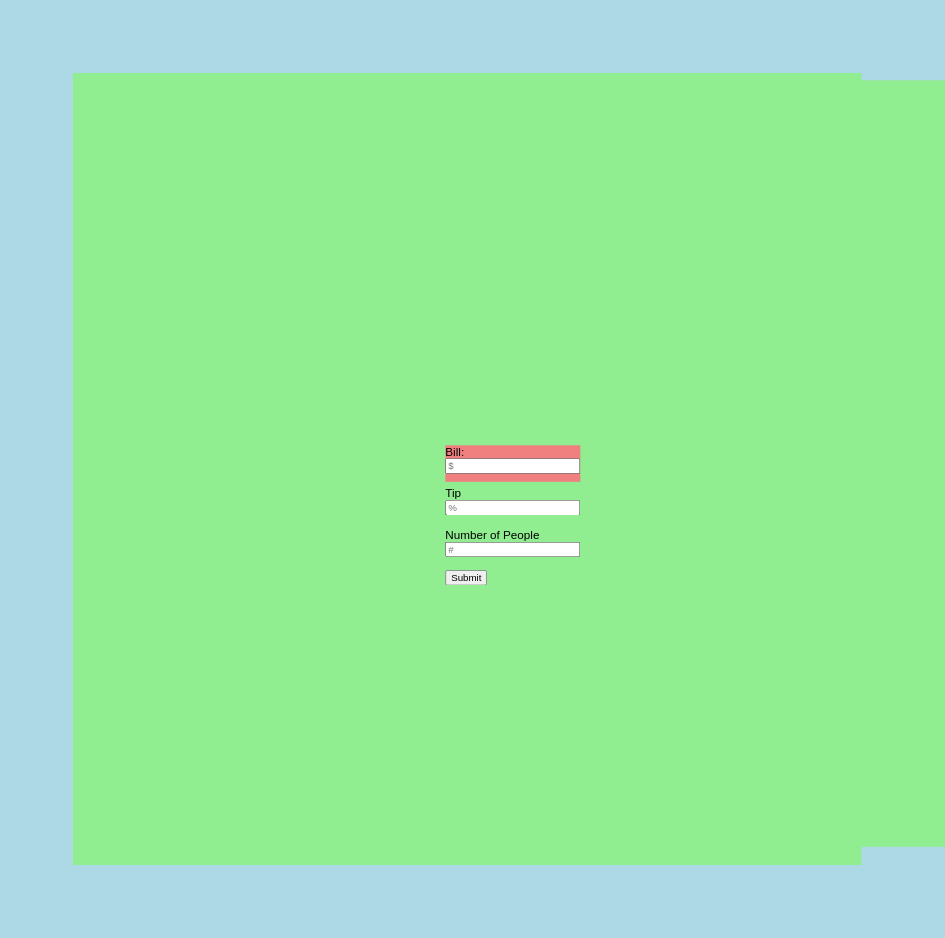
Repository: SamirIngley/Tip-Calculator
Page: tip_display.html
An editor plug-in stored every save of this project. The page is shown before and after the next save, followed by the edit.
The browser window is 1280 px wide. The page is 1295 px wide, so the pictures cover 1295 px, including what lies to the right of the window. The pictures show the whole page, at 73% of full size.

Above is the page before, as saved 2020-02-13 08:03:13.

### tip_display.html
<!DOCTYPE html>
<html lang="en">
<head>
    <meta charset="UTF-8">
    <meta name="viewport" content="width=device-width, initial-scale=1.0">
    <meta http-equiv="X-UA-Compatible" content="ie=edge">
    <link href="style.css" rel="stylesheet">
    <title>Tip Calculator</title>
</head>
<body>

    <div class="main-content">
        <div>
        <form id='form' class='form'>
            <div>
                <label>Bill:</label>
                <input id='bill' type="number" name="bill" placeholder="$">
            </div>
            <br>
            <div>
                <label>Tip</label>
                <input id='tip' type="number" name="tip" placeholder="%">
            </div>
            <br>
            <div>
                <label>Number of People</label>
                <input id='numppl' type="number" name="numppl" placeholder="#">
            </div>
            <br>
            <div>
                <input type="submit" name="submit" value="Submit">
            </div>
        </form>


        </div>

        <p id='tip-display'>
        </p>

        <p id='total-display'>
        </p>

        <p id='total-pp-display'>
        </p>

    </div>



    <script>

        const inputBill = document.getElementById('bill')
        const inputTip = document.getElementById('tip')
        const inputNumppl = document.getElementById('numppl')
        const form = document.getElementById('form')
        const displayTip = document.getElementById('tip-display')
        const displayTotal = document.getElementById('total-display')
        const displayTotalPP = document.getElementById('total-pp-display')


        function calculateTip() {

            const bill = parseInt(inputBill.value)
            const people = inputNumppl.value
            const percent = inputTip.value
            const tip = bill * percent / 100
            const total = bill + tip
            const totalPP = total / people
            console.log(bill)
            console.log(percent)
            console.log(total)
            console.log(tip)
            console.log(people)
            console.log(totalPP)

            displayTip.innerHTML = `Tip: $${tip.toFixed(2)}`
            displayTotal.innerHTML = `Total: $${total.toFixed(2)}`
            displayTotalPP.innerHTML = `Per Person: $${totalPP.toFixed(2)}`
        }



        form.addEventListener("submit", function(e) {
            e.preventDefault()
            calculateTip()
        })

        // inputBill.addEventListnener('change', function(e) {
        //     console.log(inputBill.value)
        //     const newBillAMount = parseFloat(e.target.value)

        // })

    </script>



</body>
</html>

### style.css
body {
    background-color: lightblue;
    margin: 100px;
}

div.main-content {
    background-color: lightgreen;
    display: grid;
    grid-gap: 5px;
    grid-template-columns: (4, 1fr);
    grid-template-rows: (4, 1fr);
    grid-template-areas: ". . . ."
                         ". . . ."
                         ". . . ."
                         ". . . ."

}


.main-content>div {
    display: flex;
    background-color: lightgreen;
    font-family: Arial, Helvetica, sans-serif;
    margin: 10px;
    border: 10px;
    padding: 500px;
    height: 50px;
}

.form {
    background-color: lightcoral;


}

After the next save:
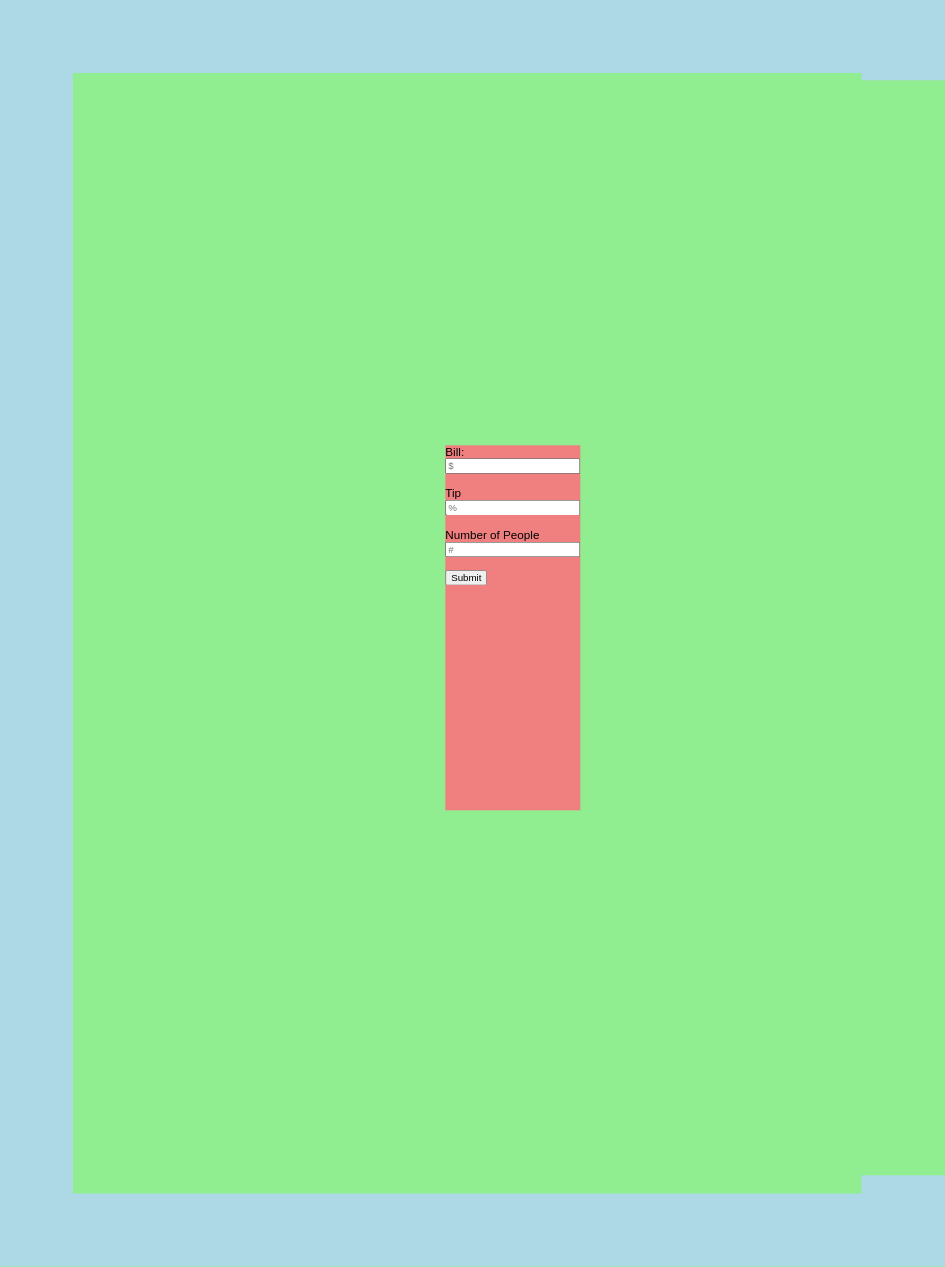
Saved 37 s later.
--- a/style.css
+++ b/style.css
@@ -24,11 +24,12 @@ div.main-content {
     margin: 10px;
     border: 10px;
     padding: 500px;
-    height: 50px;
+    height: 500px;
 }
 
 .form {
     background-color: lightcoral;
 
 
+
 }
